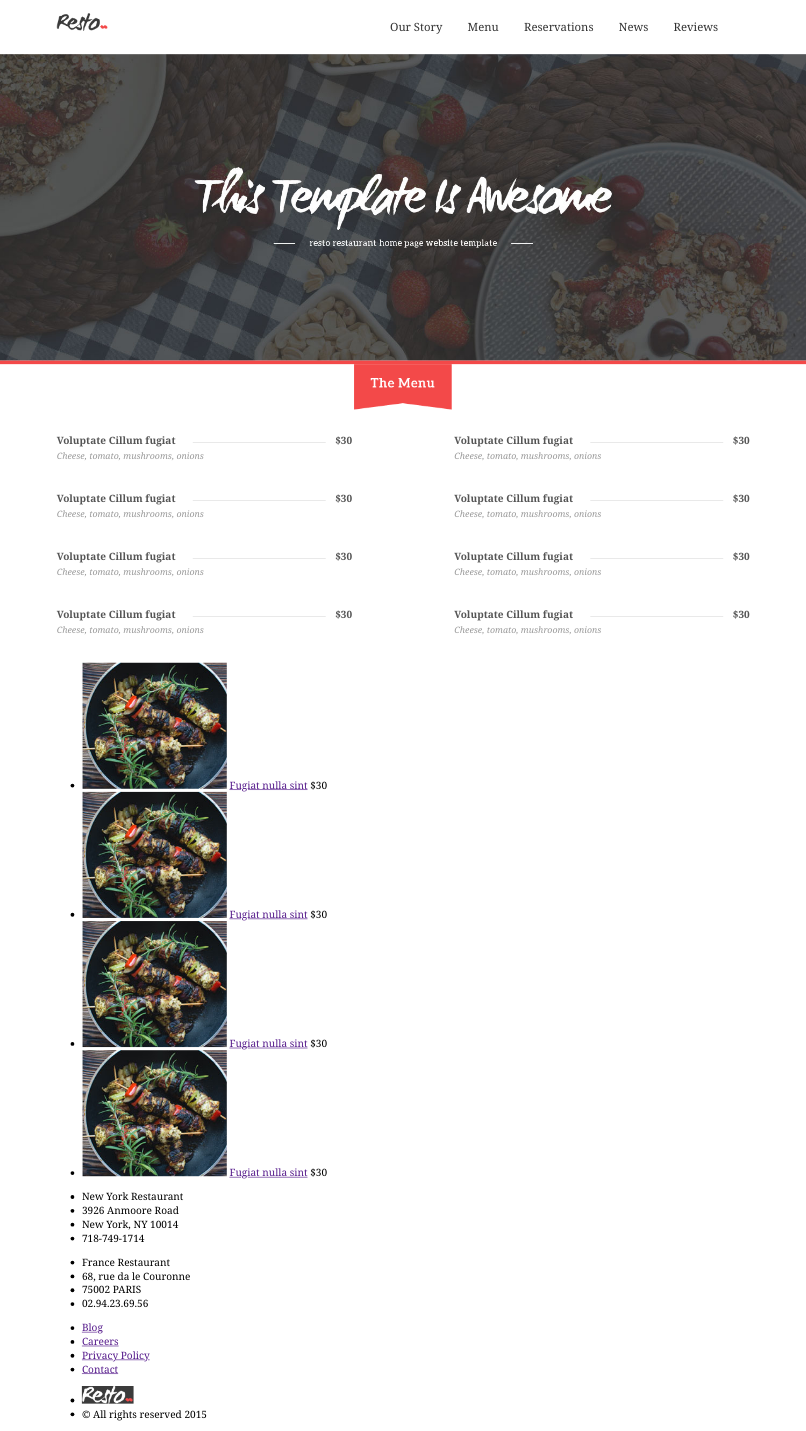
Repository: Piterwk1/psd-to-wordpress
Page: index.html
An editor plug-in stored every save of this project. The page is shown before and after the next save, followed by the edit.
The browser window is 1280 px wide. The pictures show the whole page, at 63% of full size.

Above is the page before, as saved 2021-09-23 03:07:16.

### index.html
<html lang="en">

<head>
    <meta charset="UTF-8">
    <meta http-equiv="X-UA-Compatible" content="IE=edge">
    <meta name="viewport" content="width=device-width, initial-scale=1.0">
    <title>Resto</title>
    <link rel="stylesheet" href="style.css">
</head>

<body>

    <header>
        <div class="wrapper" id="headerWrapper">
            <h1 class="logo">Rest</h1>
            <nav>
                <h2>Main Navigation</h2>
                <ul>
                    <li><a href="">Our Story</a></li>
                    <li><a href="">Menu</a></li>
                    <li><a href="">Reservations</a></li>
                    <li><a href="">News</a></li>
                    <li><a href="">Reviews</a></li>
                </ul>
            </nav>
        </div>
    </header>

    <!-- start homepage content -->

    <div id="main-banner">
        <img src="images/banner.jpg" alt="Welcome to Resto">
    </div>

    <div class="wrapper">
        <section id="home-menu">
            <h2>Menu</h2>
            <ul>
                <li>
                    <span class="dish">Voluptate Cillum fugiat</span>
                    <span class="price">$30</span>
                    <span class="description">Cheese, tomato, mushrooms, onions</span>
                </li>
                <li>
                    <span class="dish">Voluptate Cillum fugiat</span>
                    <span class="price">$30</span>
                    <span class="description">Cheese, tomato, mushrooms, onions</span>
                </li>
                <li>
                    <span class="dish">Voluptate Cillum fugiat</span>
                    <span class="price">$30</span>
                    <span class="description">Cheese, tomato, mushrooms, onions</span>
                </li>
                <li>
                    <span class="dish">Voluptate Cillum fugiat</span>
                    <span class="price">$30</span>
                    <span class="description">Cheese, tomato, mushrooms, onions</span>
                </li>
                <li>
                    <span class="dish">Voluptate Cillum fugiat</span>
                    <span class="price">$30</span>
                    <span class="description">Cheese, tomato, mushrooms, onions</span>
                </li>
                <li>
                    <span class="dish">Voluptate Cillum fugiat</span>
                    <span class="price">$30</span>
                    <span class="description">Cheese, tomato, mushrooms, onions</span>
                </li>
                <li>
                    <span class="dish">Voluptate Cillum fugiat</span>
                    <span class="price">$30</span>
                    <span class="description">Cheese, tomato, mushrooms, onions</span>
                </li>
                <li>
                    <span class="dish">Voluptate Cillum fugiat</span>
                    <span class="price">$30</span>
                    <span class="description">Cheese, tomato, mushrooms, onions</span>
                </li>
            </ul>
        </section>

        <section id="featured">
            <ul>
                <li>
                    <img src="images/thumb-1.jpg">
                    <a href="">Fugiat nulla sint</a>
                    <span>$30</span>
                    <span class="rating"></span>
                </li>
                <li>
                    <img src="images/thumb-1.jpg">
                    <a href="">Fugiat nulla sint</a>
                    <span>$30</span>
                    <span class="rating"></span>
                </li>
                <li>
                    <img src="images/thumb-1.jpg">
                    <a href="">Fugiat nulla sint</a>
                    <span>$30</span>
                    <span class="rating"></span>
                </li>
                <li>
                    <img src="images/thumb-1.jpg">
                    <a href="">Fugiat nulla sint</a>
                    <span>$30</span>
                    <span class="rating"></span>
                </li>
            </ul>
        </section>
    </div>

    <!-- end homepage content -->

    <footer>
        <div class="wrapper">
            <ul>
                <li>New York Restaurant</li>
                <li>3926 Anmoore Road</li>
                <li>New York, NY 10014</li>
                <li>718-749-1714</li>
            </ul>
            <ul>
                <li>France Restaurant</li>
                <li>68, rue da le Couronne</li>
                <li>75002 PARIS</li>
                <li>02.94.23.69.56</li>
            </ul>
            <ul>
                <li><a href="">Blog</a></li>
                <li><a href="">Careers</a></li>
                <li><a href="">Privacy Policy</a></li>
                <li><a href="">Contact</a></li>
            </ul>
            <ul>
                <li><img src="images/white-logo.png" alt="logo"></li>
                <li>&copy; All rights reserved 2015</li>

            </ul>
        </div>
    </footer>
</body>

</html>

### style.css
body {
    font-family: Georgia, 'Times New Roman', Times, serif;
    margin: 0;
}

.wrapper {
    width: 100%;
    /* max-width: 960px; */
    max-width: 1100px;
    padding: 0 10px;
    margin:  0 auto;
}

h1.logo {
    background-image: url(images/logo.png);
    background-repeat: no-repeat;
    width: 100px;
    text-indent: -10000px;
}

#headerWrapper {
    display: flex;
    justify-content: space-between;
    width: 100%;
}

nav {

  margin-right: 10px;

}

#headerWrapper nav h2 {
    text-indent: -100000px;
    height: 0;
    margin: 0;
}

#headerWrapper nav ul {
   display: flex;
   justify-content: space-evenly;
   list-style-type:  none;
   margin: 10px 20px;
}
#headerWrapper nav li {

   margin: 20px 20px;
}
#headerWrapper nav li a{
   text-decoration: none;
   color: #333;
   font-size: 18px;
}
#headerWrapper nav li a:hover{
   color: blue;
}

#main-banner, #main-banner img{
    width: 100%;
}

#main-banner img {
    border-bottom: 6px solid #f34949;
}

#home-menu h2 {
    background-image: url(images/menu-head.png);
    background-repeat: no-repeat;
    width: 156px;
    height: 74px;
    text-indent: -10000px;
    margin: 0 auto;
}

#home-menu ul {
    display: flex;
    flex-wrap: wrap;
    justify-content: space-between;
   padding: 0;
   list-style: none;
}
#home-menu li {
    display: flex;
    flex-wrap: wrap;
   margin: 20px 0 20px 0;
   justify-content: space-between;
}

.dish{
    position: relative;
    z-index: 1;
    background: #fff;
    padding-right: 5px;
    width: 45%;
    color: #555;
    font-weight: bold;
}

.price {
    position: relative;
    z-index: 1;
    background: #fff;
    padding-left: 15px;
    color: #555;
    font-weight: bold;
}

.description {
    width: 100%;
    color: #999;
    font-style: italic;
    font-size: 14px;
    padding-top: 10px;
    border-top: 1px solid #ddd;
    position: relative;
    top: -8px;
}

After the next save:
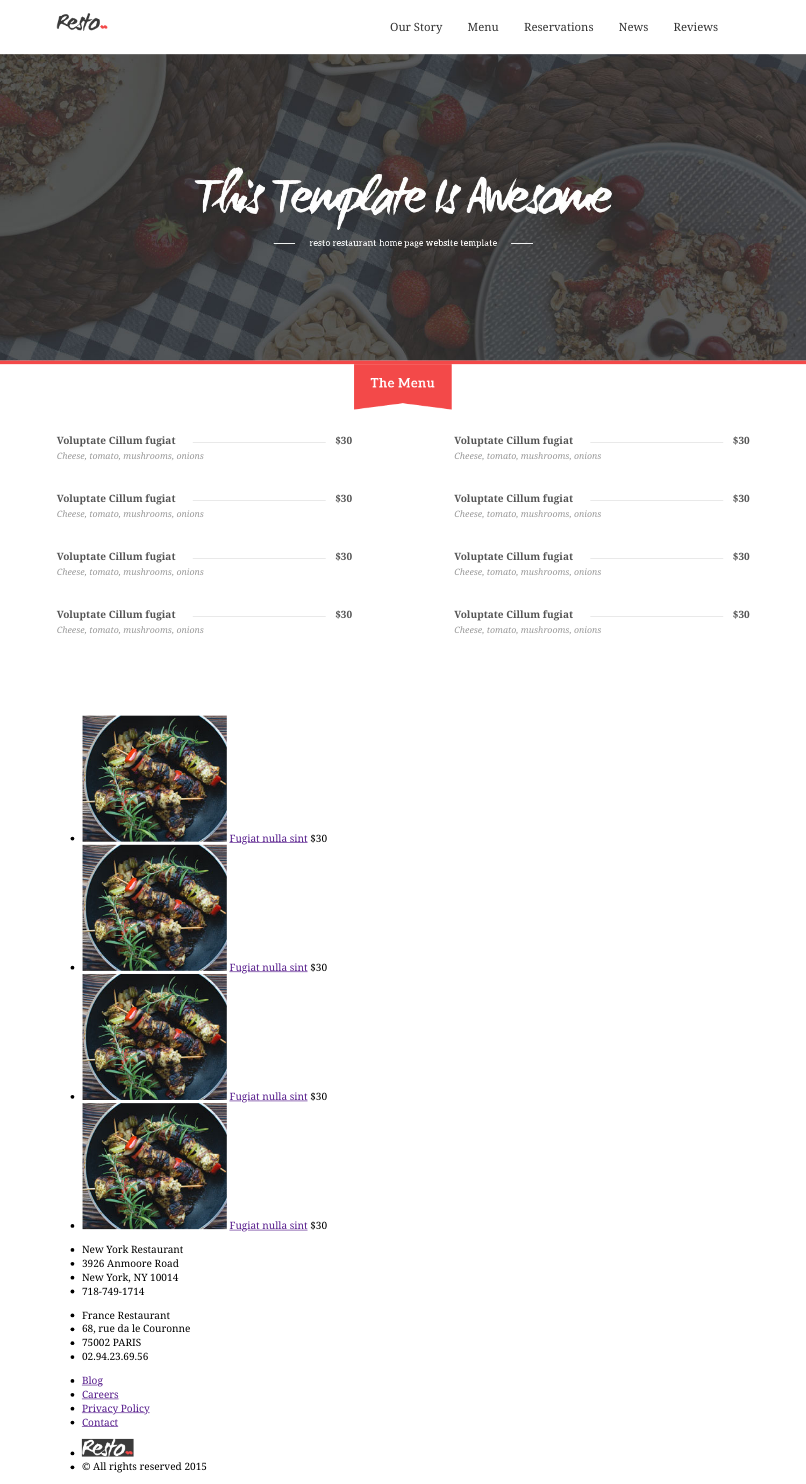
Saved 24 min 39 s later.
--- a/style.css
+++ b/style.css
@@ -115,3 +115,7 @@ nav {
     position: relative;
     top: -8px;
 }
+
+#featured {
+    margin-top: 100px;
+}
